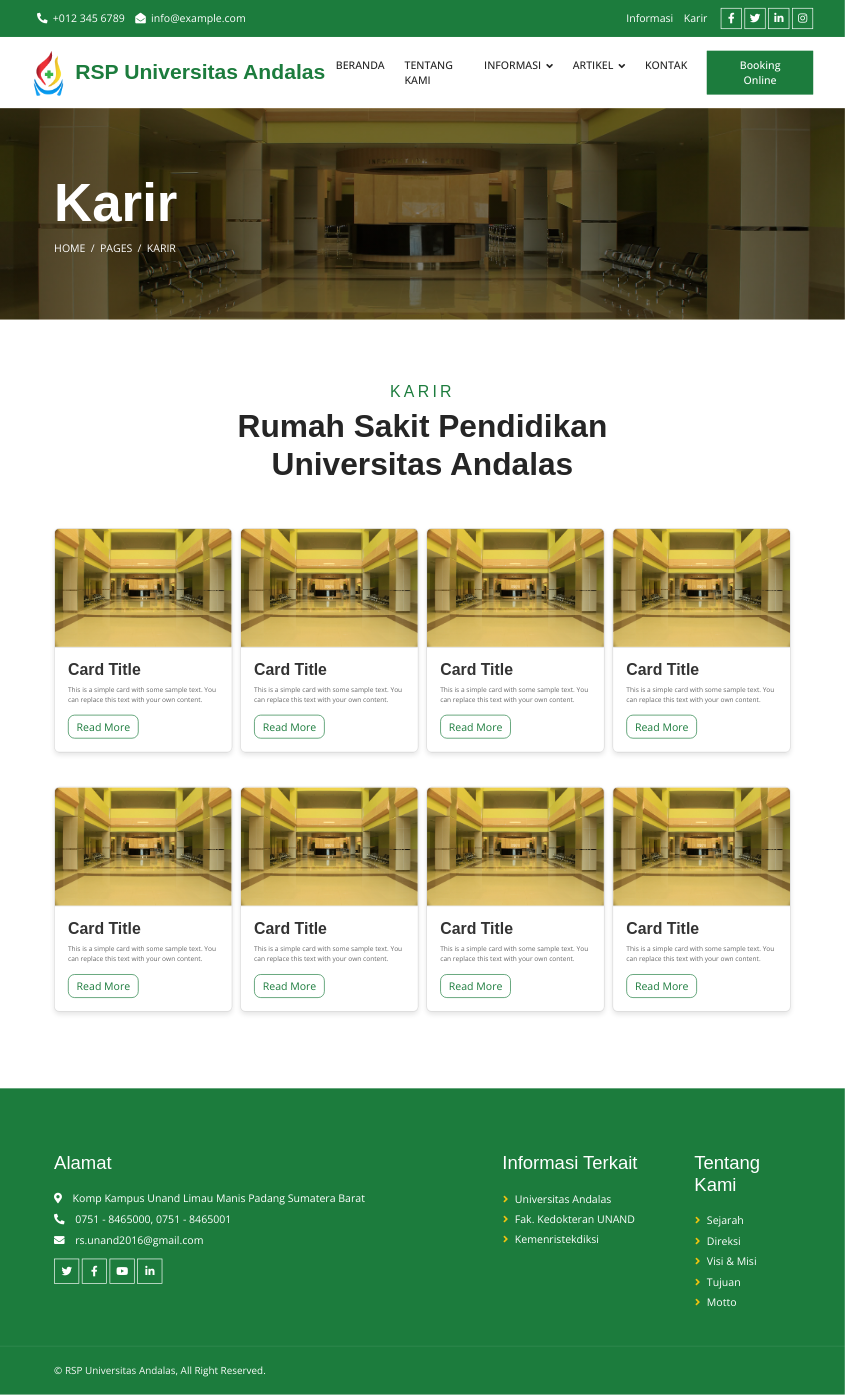
Repository: vivin-erialis/rsunand-site
Page: http://localhost/karir
The author's editor kept a copy of each file at every save. The page is drawn from the files as they stood at one save, then again after the next save.
The browser window is 1280 px wide. The pictures show the whole page, at 66% of full size.
Some web fonts or font styles are not loaded; a fallback is used. Some web libraries are served in a nearby version. The page is served by the project's Laravel application, run on PHP 8.4 with Laravel 12.

Above is the page before, as saved 2024-04-29 09:46:06.
Console error: TypeError: Cannot read properties of undefined (reading 'version')

After the next save:
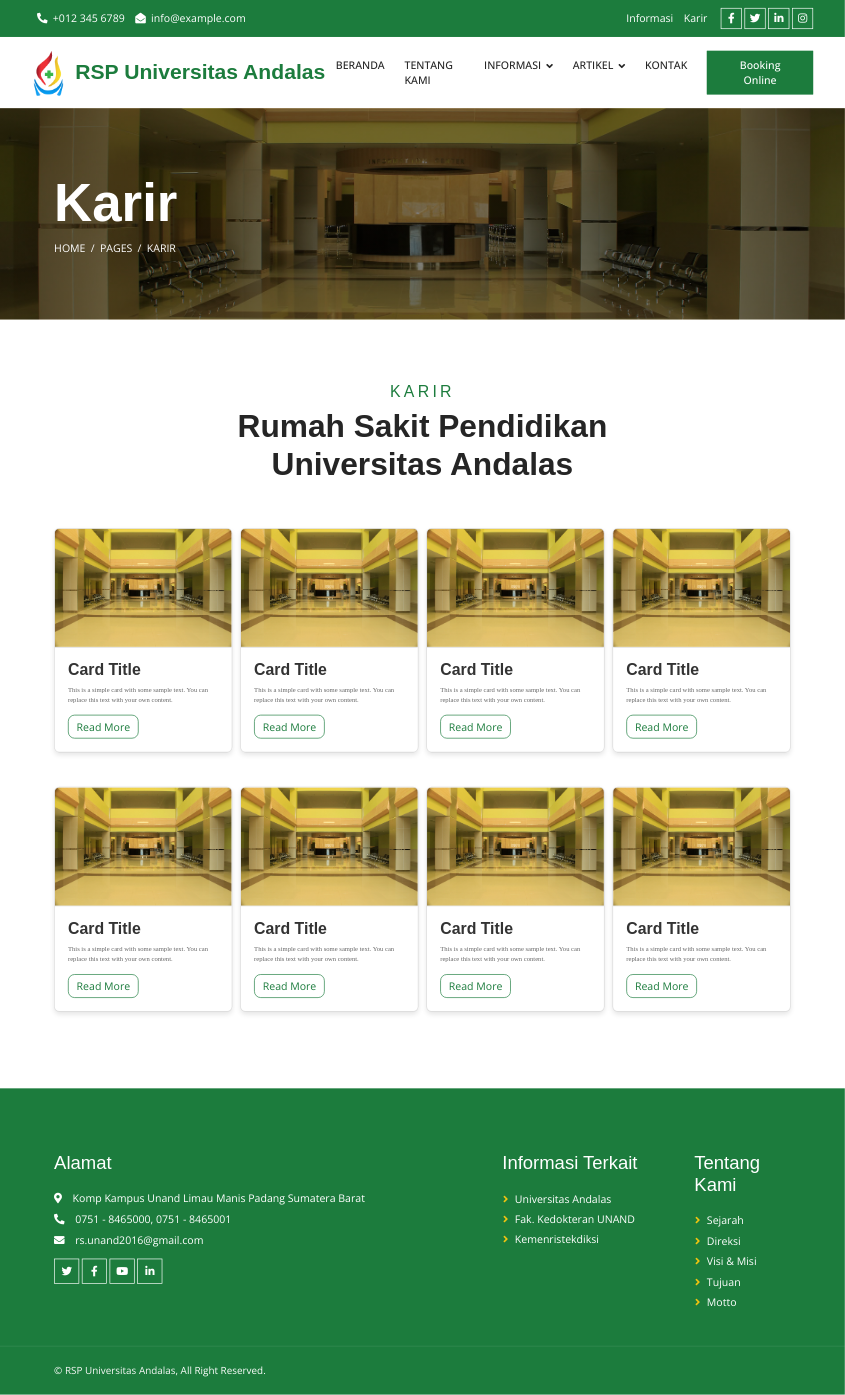
Saved 47 s later.
--- a/public/assets/css/style.css
+++ b/public/assets/css/style.css
@@ -603,6 +603,8 @@
 
   .card-text {
     color: #666;
+    font-family: "Font Awesome 5 Free";
+
     font-size: 10px !important;
   }
 
